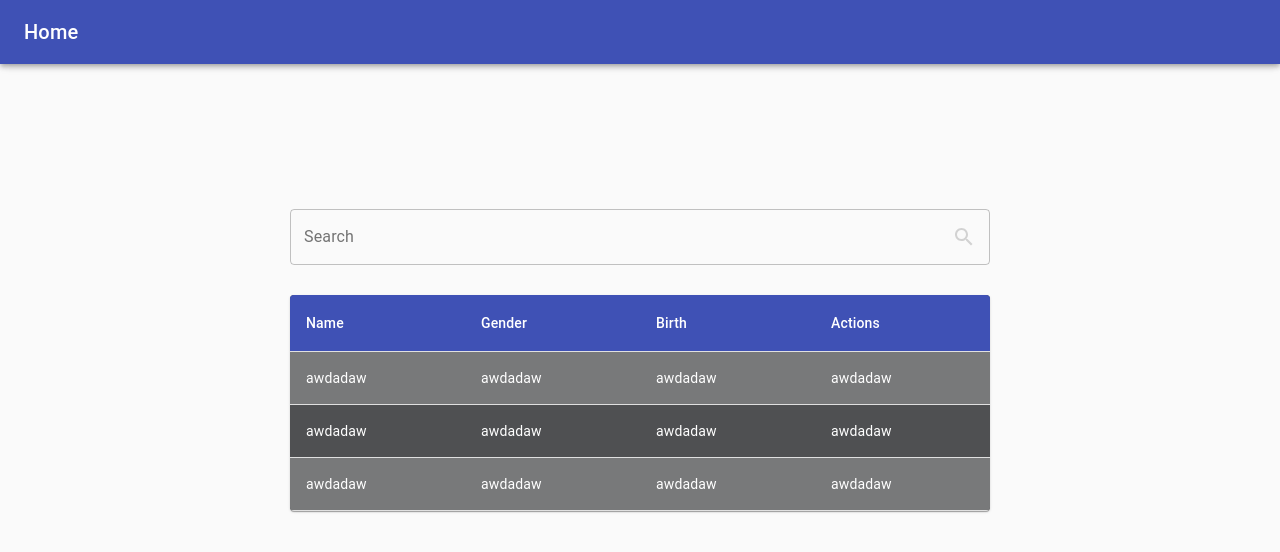
Repository: GabrielBrandaoProjetos/patient-manager
Page: /
These files come from the project's save history. The page is drawn as it stood at one moment and after the next save; the edit follows.
The browser window is 1280 px wide. The pictures show the whole page.
The project was rebuilt for these pictures with package versions that can differ from the ones it lists, and the page was loaded fresh each time.

Above is the page before, as saved 2021-09-14 14:09:23.

After the next save:
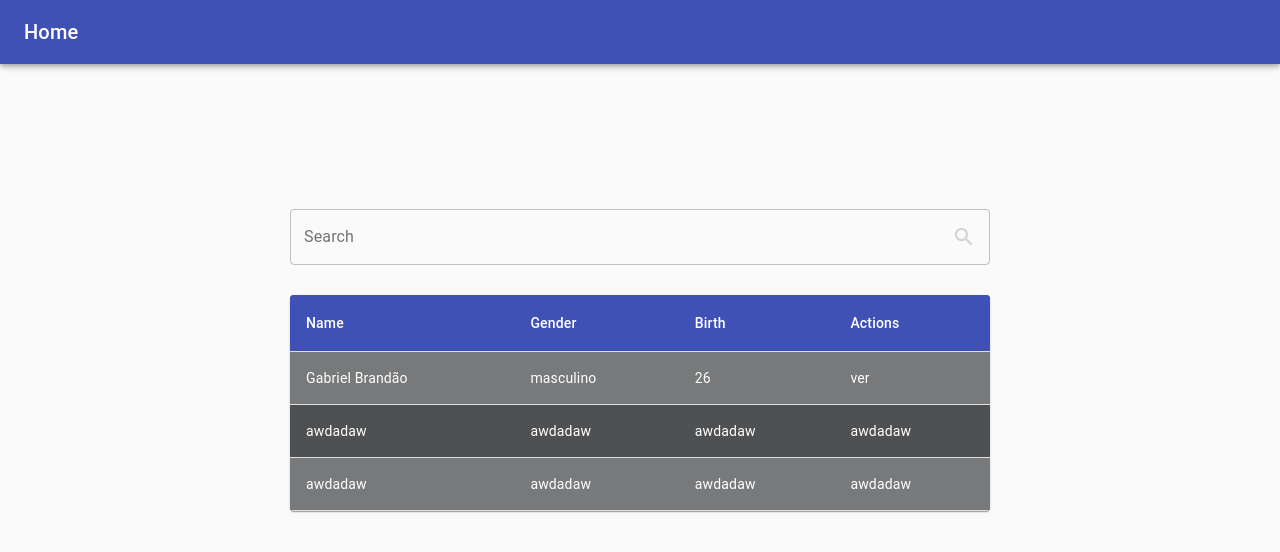
Saved 2 min 6 s later.
--- a/src/pages/Home/Home.tsx
+++ b/src/pages/Home/Home.tsx
@@ -94,10 +94,10 @@ export const Home = () => {
 
           <TableBody>
             <TableRow className={classes.rowBody}>
-              <TableCell className={classes.cell}>awdadaw</TableCell>
-              <TableCell className={classes.cell}>awdadaw</TableCell>
-              <TableCell className={classes.cell}>awdadaw</TableCell>
-              <TableCell className={classes.cell}>awdadaw</TableCell>
+              <TableCell className={classes.cell}>Gabriel Brandão</TableCell>
+              <TableCell className={classes.cell}>masculino</TableCell>
+              <TableCell className={classes.cell}>26</TableCell>
+              <TableCell className={classes.cell}>ver</TableCell>
             </TableRow>
             <TableRow className={classes.rowBody}>
               <TableCell className={classes.cell}>awdadaw</TableCell>
